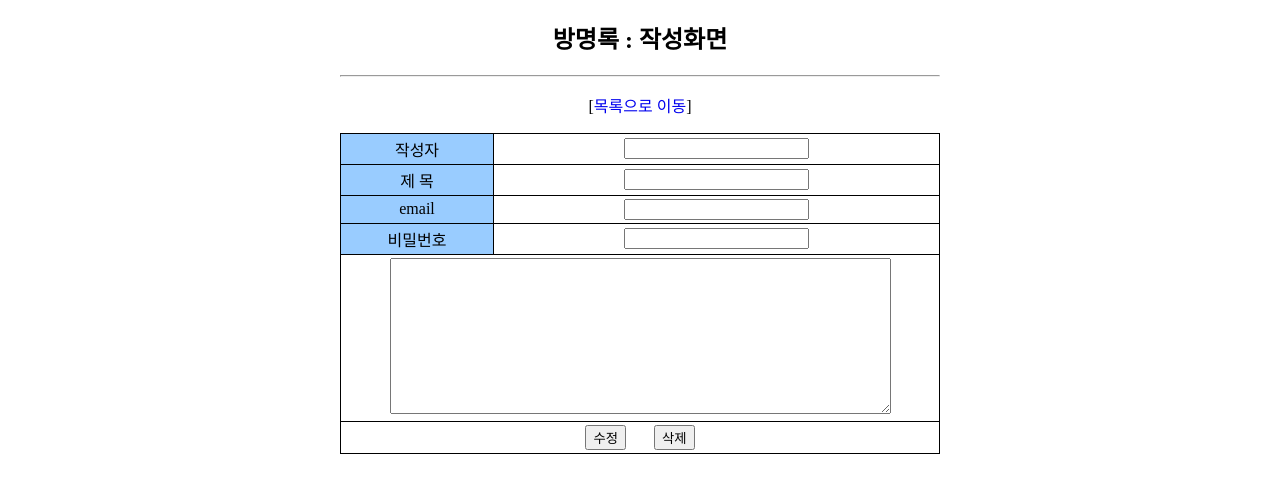
Repository: hagjun/jspstudy
Page: http://localhost/01_servlet/guestbook/onelist.jsp
These files come from the project's save history. The page is drawn as it stood at one moment and after the next save; the edit follows.
The browser window is 1280 px wide. The pictures show the whole page.
The page is served by Tomcat 9.

Above is the page before, as saved 2024-03-07 09:07:49.

After the next save:
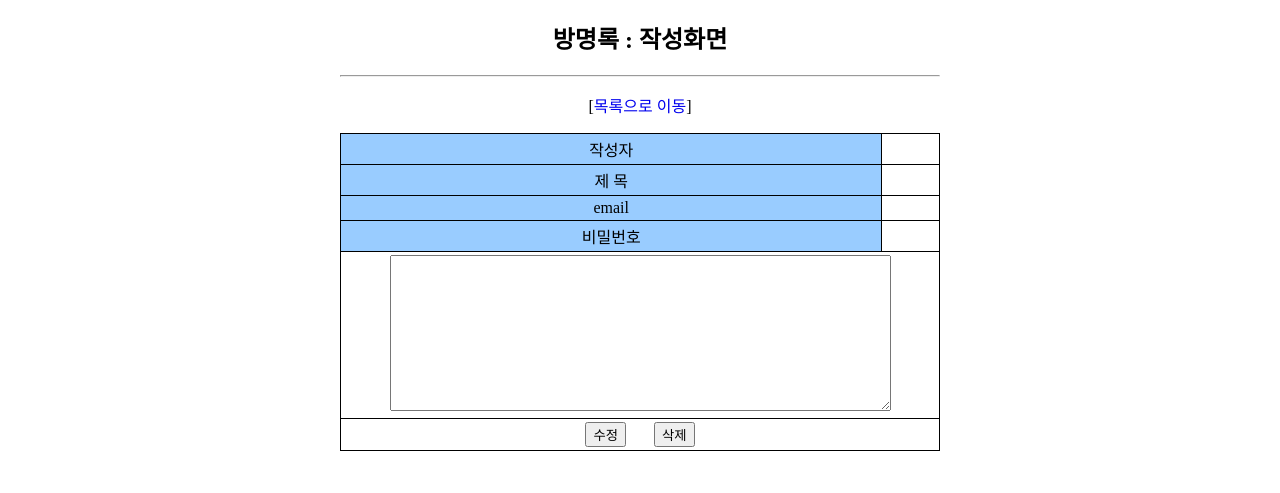
Saved 20 s later.
--- a/01_servlet/src/main/webapp/guestbook/onelist.jsp
+++ b/01_servlet/src/main/webapp/guestbook/onelist.jsp
@@ -23,19 +23,19 @@
 			<table>
 				<tr align="center">
 					<td bgcolor="#99ccff">작성자</td>
-					<td><input type="text" name="name" size ="20"/></td>
+					<td></td>
 				</tr>
 				<tr align="center">
 					<td bgcolor="#99ccff">제  목</td>
-					<td><input type="text" name="subject" size ="20"/></td>
+					<td></td>
 				</tr>
 				<tr align="center">
 					<td bgcolor="#99ccff">email</td>
-					<td><input type="text" name="email" size ="20"/></td>
+					<td></td>
 				</tr>
 				<tr align="center">
 					<td bgcolor="#99ccff">비밀번호</td>
-					<td><input type="password" name="pwd" size ="20"/></td>
+					<td></td>
 				</tr>
 				<tr align="center">
 					<td colspan="2">
